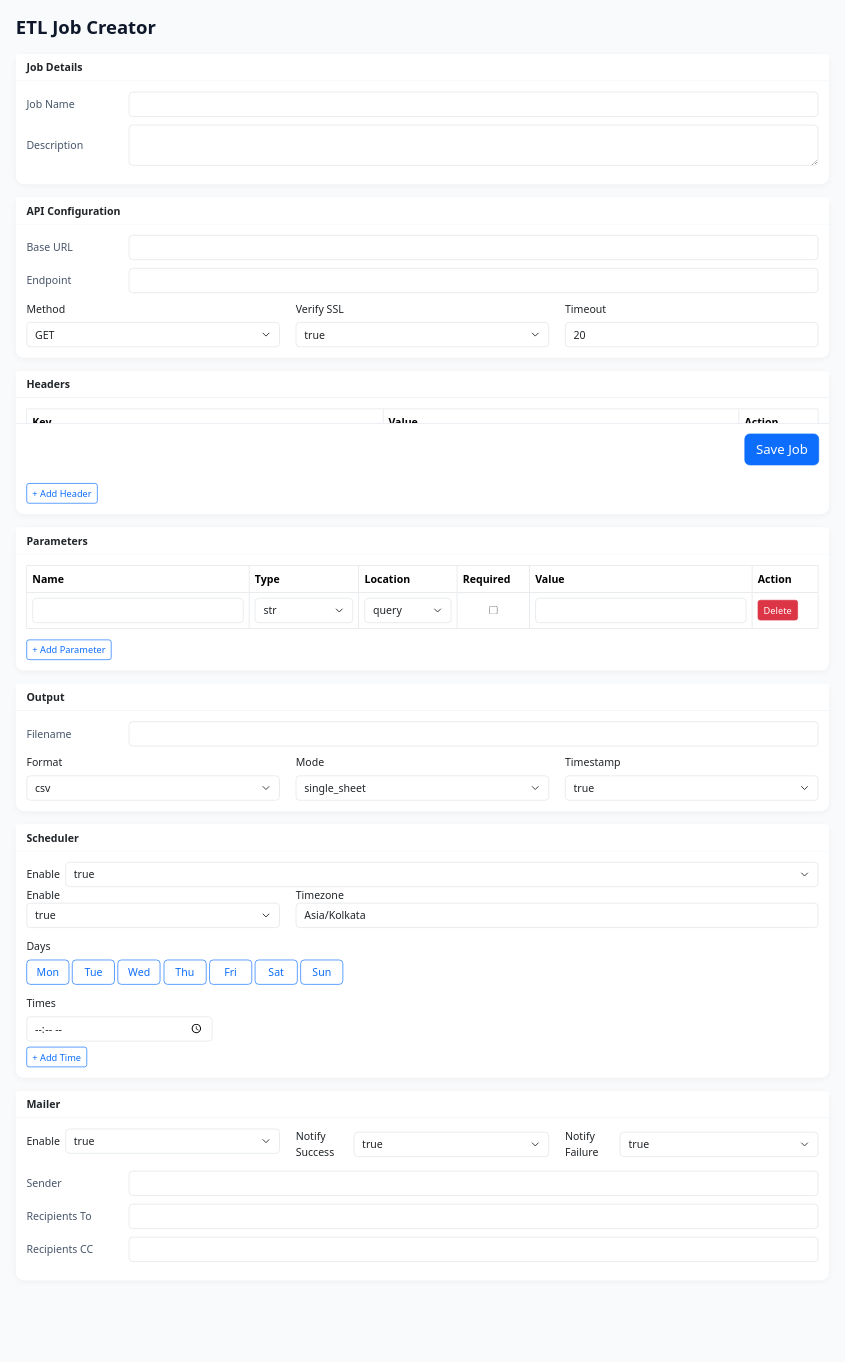
Repository: C0sCube/fetchapi
Page: example.html
The author's editor kept a copy of each file at every save. The page is drawn from the files as they stood at one save, then again after the next save.
The browser window is 1280 px wide. The pictures show the whole page, at 66% of full size.

Above is the page before, as saved 2026-06-09 23:39:38.

### example.html
<!DOCTYPE html>
<html lang="en">

<head>
    <meta charset="UTF-8">
    <meta name="viewport" content="width=device-width, initial-scale=1.0">

    <title>ETL Job Creator</title>

    <link href="https://cdn.jsdelivr.net/npm/bootstrap@5.3.3/dist/css/bootstrap.min.css" rel="stylesheet">

    <style>
        body {
            background: #f8fafc;
            color: #334155;
        }

        .page-title {
            font-weight: 700;
            color: #0f172a;
        }

        .section-card {
            border: none;
            border-radius: 12px;
            margin-bottom: 20px;
            box-shadow: 0 2px 10px rgba(0, 0, 0, .05);
        }

        .card-header {
            background: white;
            font-weight: 600;
            border-bottom: 1px solid #e2e8f0;
        }

        .form-label-fixed {
            width: 140px;
            font-weight: 500;
            color: #475569;
        }

        .form-row {
            display: flex;
            align-items: center;
            gap: 15px;
            margin-bottom: 12px;
        }

        .form-row .form-control,
        .form-row .form-select {
            flex: 1;
        }

        .day-btn {
            min-width: 65px;
        }

        .table td {
            vertical-align: middle;
        }

        .save-bar {
            position: sticky;
            bottom: 0;
            background: white;
            padding: 15px;
            border-top: 1px solid #e2e8f0;
        }
    </style>
</head>

<body>

    <div class="container-fluid px-4 py-4">

        <h3 class="page-title mb-4">
            ETL Job Creator
        </h3>

        <!-- JOB DETAILS -->
        <div class="card section-card">

            <div class="card-header">
                Job Details
            </div>

            <div class="card-body">

                <div class="form-row">
                    <label class="form-label-fixed">
                        Job Name
                    </label>

                    <input class="form-control">
                </div>

                <div class="form-row">
                    <label class="form-label-fixed">
                        Description
                    </label>

                    <textarea class="form-control" rows="2"></textarea>
                </div>

            </div>
        </div>

        <!-- API CONFIG -->
        <div class="card section-card">

            <div class="card-header">
                API Configuration
            </div>

            <div class="card-body">

                <div class="form-row">
                    <label class="form-label-fixed">
                        Base URL
                    </label>

                    <input class="form-control">
                </div>

                <div class="form-row">
                    <label class="form-label-fixed">
                        Endpoint
                    </label>

                    <input class="form-control">
                </div>

                <div class="row">

                    <div class="col-md-4">

                        <label class="form-label">
                            Method
                        </label>

                        <select class="form-select">
                            <option>GET</option>
                            <option>POST</option>
                            <option>PUT</option>
                            <option>PATCH</option>
                            <option>DELETE</option>
                        </select>

                    </div>

                    <div class="col-md-4">

                        <label class="form-label">
                            Verify SSL
                        </label>

                        <select class="form-select">
                            <option>true</option>
                            <option>false</option>
                        </select>

                    </div>

                    <div class="col-md-4">

                        <label class="form-label">
                            Timeout
                        </label>

                        <input class="form-control" value="20">

                    </div>

                </div>

            </div>
        </div>

        <!-- HEADERS -->
        <div class="card section-card">

            <div class="card-header">
                Headers
            </div>

            <div class="card-body">

                <table class="table table-bordered">

                    <thead>
                        <tr>
                            <th>Key</th>
                            <th>Value</th>
                            <th width="120">Action</th>
                        </tr>
                    </thead>

                    <tbody>

                        <tr>
                            <td>
                                <input class="form-control">
                            </td>

                            <td>
                                <input class="form-control">
                            </td>

                            <td>
                                <button class="btn btn-danger btn-sm">
                                    Delete
                                </button>
                            </td>
                        </tr>

                    </tbody>

                </table>

                <button class="btn btn-outline-primary btn-sm">
                    + Add Header
                </button>

            </div>

        </div>

        <!-- PARAMETERS -->
        <div class="card section-card">

            <div class="card-header">
                Parameters
            </div>

            <div class="card-body">

                <table class="table table-bordered">

                    <thead>
                        <tr>
                            <th>Name</th>
                            <th>Type</th>
                            <th>Location</th>
                            <th>Required</th>
                            <th>Value</th>
                            <th width="100">Action</th>
                        </tr>
                    </thead>

                    <tbody>

                        <tr>

                            <td>
                                <input class="form-control">
                            </td>

                            <td>
                                <select class="form-select">
                                    <option>str</option>
                                    <option>int</option>
                                    <option>float</option>
                                    <option>bool</option>
                                    <option>date</option>
                                    <option>datetime</option>
                                    <option>list</option>
                                </select>
                            </td>

                            <td>
                                <select class="form-select">
                                    <option>query</option>
                                    <option>body</option>
                                    <option>header</option>
                                    <option>path</option>
                                </select>
                            </td>

                            <td class="text-center">
                                <input type="checkbox">
                            </td>

                            <td>
                                <input class="form-control">
                            </td>

                            <td>
                                <button class="btn btn-danger btn-sm">
                                    Delete
                                </button>
                            </td>

                        </tr>

                    </tbody>

                </table>

                <button class="btn btn-outline-primary btn-sm">
                    + Add Parameter
                </button>

            </div>

        </div>

        <!-- OUTPUT -->
        <div class="card section-card">

            <div class="card-header">
                Output
            </div>

            <div class="card-body">

                <div class="form-row">
                    <label class="form-label-fixed">
                        Filename
                    </label>

                    <input class="form-control">
                </div>

                <div class="row">

                    <div class="col-md-4">

                        <label class="form-label">
                            Format
                        </label>

                        <select class="form-select">
                            <option>csv</option>
                            <option>excel</option>
                        </select>

                    </div>

                    <div class="col-md-4">

                        <label class="form-label">
                            Mode
                        </label>

                        <select class="form-select">
                            <option>single_sheet</option>
                            <option>multiple_sheet</option>
                        </select>

                    </div>

                    <div class="col-md-4">

                        <label class="form-label">
                            Timestamp
                        </label>

                        <select class="form-select">
                            <option>true</option>
                            <option>false</option>
                        </select>

                    </div>

                </div>

            </div>

        </div>

        <!-- SCHEDULER -->
        <div class="card section-card">

            <div class="card-header">
                Scheduler
            </div>

            <div class="card-body">

                <div class="row mb-3">
                    <div class="d-flex align-items-center gap-2">
                        <label class="mb-0 fw-medium">
                            Enable
                        </label>

                        <select class="form-select">
                            <option>true</option>
                            <option>false</option>
                        </select>
                    </div>

                    <div class="col-md-4">
                        <label>Enable</label>
                        <select class="form-select">
                            <option>true</option>
                            <option>false</option>
                        </select>
                    </div>

                    <div class="col-md-8">
                        <label>Timezone</label>
                        <input class="form-control" value="Asia/Kolkata">
                    </div>

                </div>

                <label class="form-label">
                    Days
                </label>

                <div class="mb-3">

                    <button class="btn btn-outline-primary day-btn">Mon</button>
                    <button class="btn btn-outline-primary day-btn">Tue</button>
                    <button class="btn btn-outline-primary day-btn">Wed</button>
                    <button class="btn btn-outline-primary day-btn">Thu</button>
                    <button class="btn btn-outline-primary day-btn">Fri</button>
                    <button class="btn btn-outline-primary day-btn">Sat</button>
                    <button class="btn btn-outline-primary day-btn">Sun</button>

                </div>

                <label class="form-label">
                    Times
                </label>

                <div class="row">

                    <div class="col-md-3">
                        <input type="time" class="form-control">
                    </div>

                </div>

                <button class="btn btn-outline-primary btn-sm mt-2">
                    + Add Time
                </button>

            </div>

        </div>

        <!-- MAILER -->
        <div class="card section-card">

            <div class="card-header">
                Mailer
            </div>

            <div class="card-body">

                <div class="row mb-3">

                    <div class="col-md-4">
                        <div class="d-flex align-items-center gap-2">
                            <label class="mb-0 fw-medium">
                                Enable
                            </label>

                            <select class="form-select">
                                <option>true</option>
                                <option>false</option>
                            </select>
                        </div>
                    </div>

                    <div class="col-md-4">
                        <div class="d-flex align-items-center gap-2">
                            <label class="mb-0 fw-medium">
                                Notify Success
                            </label>

                            <select class="form-select">
                                <option>true</option>
                                <option>false</option>
                            </select>
                        </div>
                    </div>

                    <div class="col-md-4">
                        <div class="d-flex align-items-center gap-2">
                            <label class="mb-0 fw-medium">
                                Notify Failure
                            </label>

                            <select class="form-select">
                                <option>true</option>
                                <option>false</option>
                            </select>
                        </div>
                    </div>

                </div>

                <div class="form-row">
                    <label class="form-label-fixed">
                        Sender
                    </label>

                    <input class="form-control">
                </div>

                <div class="form-row">
                    <label class="form-label-fixed">
                        Recipients To
                    </label>

                    <input class="form-control">
                </div>

                <div class="form-row">
                    <label class="form-label-fixed">
                        Recipients CC
                    </label>

                    <input class="form-control">
                </div>

            </div>

        </div>

        <div class="save-bar text-end">
            <button class="btn btn-primary btn-lg">
                Save Job
            </button>
        </div>

    </div>

</body>

</html>

After the next save:
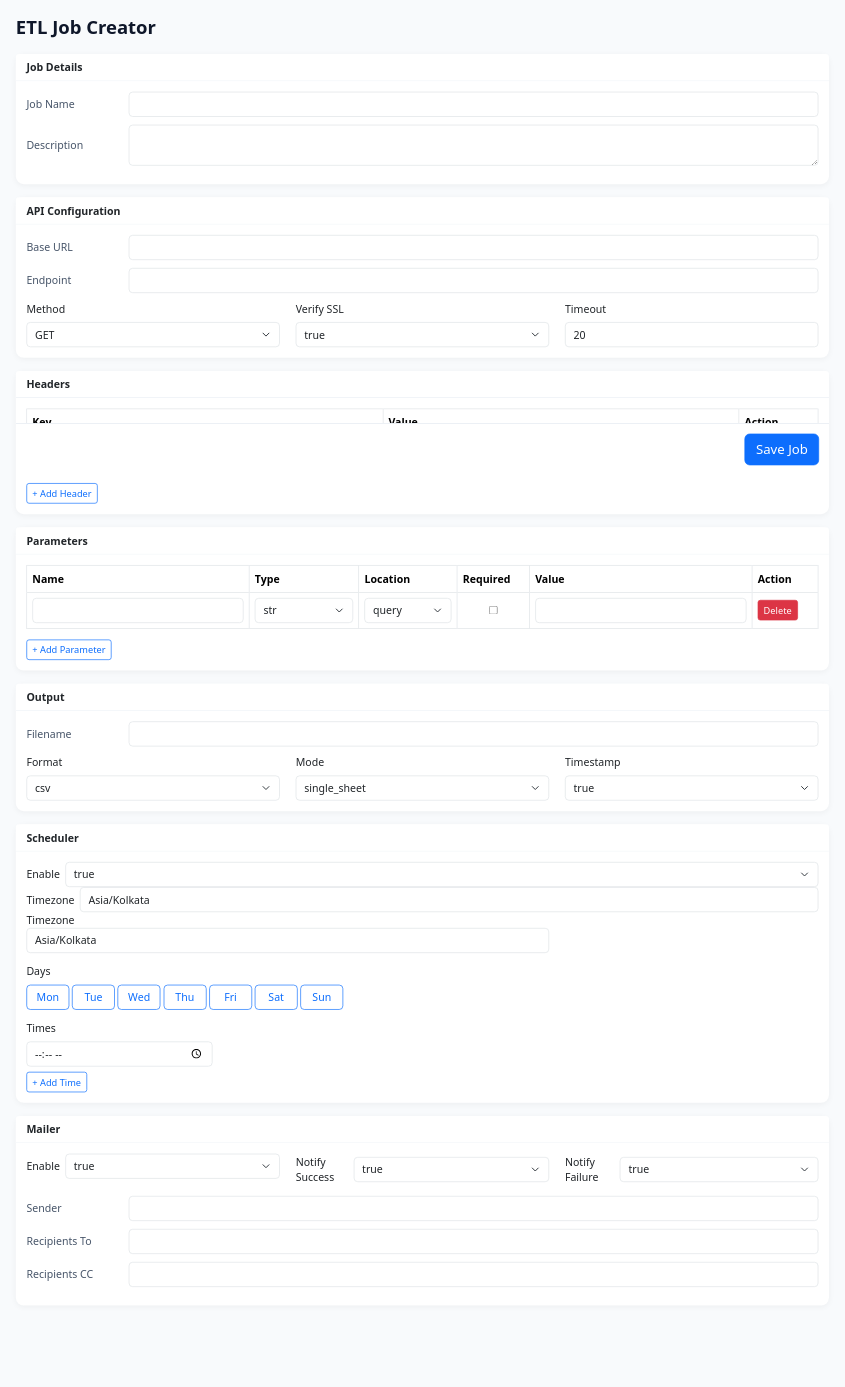
Saved 34 s later.
--- a/example.html
+++ b/example.html
@@ -388,14 +388,14 @@
                             <option>false</option>
                         </select>
                     </div>
-
-                    <div class="col-md-4">
-                        <label>Enable</label>
-                        <select class="form-select">
-                            <option>true</option>
-                            <option>false</option>
-                        </select>
-                    </div>
+                    <div class="d-flex align-items-center gap-2">
+                        <label class="mb-0 fw-medium">
+                            Timezone
+                        </label>
+
+                        <input class="form-control" value="Asia/Kolkata">
+                    </div>
+
 
                     <div class="col-md-8">
                         <label>Timezone</label>
